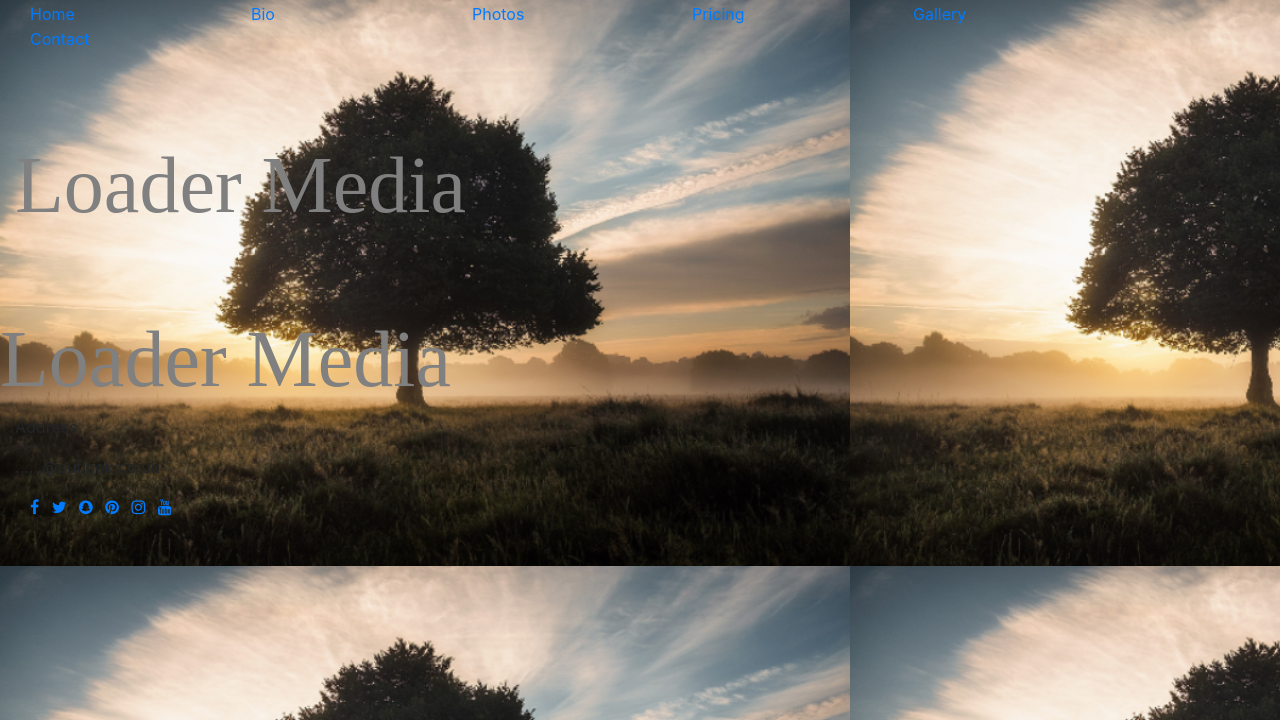
Repository: elizabeth24602/LoaderMedia
Page: index.html
The author's editor kept a record of every edit. The page is drawn from the files as they stood at one moment, then again after the next edit.
The browser window is 1280 px wide. The pictures show the whole page.
Some web fonts or font styles are not loaded; a fallback is used.

Above is the page before.
Console error: TypeError: Cannot read properties of null (reading 'textContent')
Not found: Assests/images/

### index.html
<!DOCTYPE html>
<html lang="en">
<head>
    <meta charset="UTF-8">
    <meta name="viewport" content="width=device-width, initial-scale=1.0">
    <meta http-equiv="X-UA-Compatible" content="ie=edge">

    <link rel="stylesheet" href="static/css/bootstrap.min.css" type="text/css" />
    <link rel="stylesheet" href="static/css/dc.min.css" type="text/css" />



    <link rel="stylesheet" href="https://stackpath.bootstrapcdn.com/bootstrap/4.3.1/css/bootstrap.min.css" type="text/css" />
    <link rel="stylesheet" href="https://stackpath.bootstrapcdn.com/font-awesome/4.7.0/css/font-awesome.min.css" type="text/css" />
    <link href="https://fonts.googleapis.com/css?family=Lacquer&display=swap" rel="stylesheet">
    <link href="https://fonts.googleapis.com/css?family=Beth+Ellen&display=swap" rel="stylesheet">
    <link rel="stylesheet" href="https://cdnjs.cloudflare.com/ajax/libs/hover.css/2.3.1/css/hover-min.css" type="text/css" />
    <link rel="stylesheet" href="Assests/images/" type="text/css" />
    <link rel="stylesheet" href="Assests/css/style.css" type="text/css" />

    <title>Loader Media</title>

     <script type="text/javascript" src="static/js/d3.min.js"></script>
    <script type="text/javascript" src="static/js/crossfilter.min.js"></script>
    <script type="text/javascript" src="static/js/dc.min.js"></script>
    <script type="text/javascript" src="static/js/queue.min.js"></script>
    <script type="text/javascript" src="static/js/graph.js"></script>

</head>
<body class="index">
     <header class="container-fluid">
         <div class="row no-gutters">
            <div class="col">
                <ul id="nav" class="list-inline menucontainer">
                    <li class="col-4 col-sm-2 ui-menu-color-home list-inline-item menuitem">
                        <a href="index.html" class="hvr-underline-from-center"><span>Home</span></a>
                    </li>
                    <li class="col-4 col-sm-2 ui-menu-color-bio list-inline-item menuitem">
                        <a href="bio.html" class="hvr-underline-from-center"><span>Bio</span></a>
                    </li>
                     <li class="col-4 col-sm-2 ui-menu-color-photos list-inline-item menuitem">
                        <a href="photos.html" class="hvr-underline-from-center"><span>Photos</span></a>
                    </li>
                    <li class="col-4 col-sm-2 ui-menu-color-pricing list-inline-item menuitem">
                        <a href="pricing.html" class="hvr-underline-from-center"><span>Pricing</span></a>
                    </li>
                    <li class="col-4 col-sm-2 ui-menu-color-gallery list-inline-item menuitem">
                        <a href="gallery.html" class="hvr-underline-from-center"><span>Gallery</span></a>
                    </li>
                    <li class="col-4 col-sm-2 ui-menu-color-contact list-inline-item menuitem">
                        <a href="contact.html" class="hvr-underline-from-center"><span>Contact</span></a>
                    </li>
                </ul>
            </div>
        </div>

        <div class="row no-gutters">
                <h1 class="name">Loader Media</h1>
            </div>
    </header>

    <section>
        <div class="row no-gutters">
                <h1 class="name">Loader Media</h1>
            </div>
    </section>

    <footer class="container-fluid">
    <div id="footer-details" class="row">
        <div class="col-sm-12">
            <p class="address">Address</p>
        </div>
    </div>
        <div class="row">
            <div class="col-sm-12">
                <p class="email">......@outlook.co.uk</p>
            </div>
        </div>
        <div class="row">
            <div class="col-sm-12">
                        <ul class="list-inline social-links2 container-fluid">
                    <li class="list-inline-item">
                        <a target="_blank" href="#">
                            <i class="fa fa-facebook" aria-hidden="true"></i>
                            <span class="sr-only">Facebook</span>
                        </a>
                    </li>
                    <li class="list-inline-item">
                        <a target="_blank" href="#">
                            <i class="fa fa-twitter" aria-hidden="true"></i>
                            <span class="sr-only">Twitter</span>
                        </a>
                    </li>
                    <li class="list-inline-item">
                        <a target="_blank" href="#">
                            <i class="fa fa-snapchat" aria-hidden="true"></i>
                            <span class="sr-only">Snapchat</span>
                        </a>
                    </li>
                    <li class="list-inline-item">
                        <a target="_blank" href="#">
                            <i class="fa fa-pinterest" aria-hidden="true"></i>
                            <span class="sr-only">Pinterest</span>
                        </a>
                    </li>
                    <li class="list-inline-item">
                        <a target="_blank" href="#">
                            <i class="fa fa-instagram" aria-hidden="true"></i>
                            <span class="sr-only">Instagram</span>
                        </a>
                    </li>
                    <li class="list-inline-item">
                        <a target="_blank" href="#">
                            <i class="fa fa-youtube" aria-hidden="true"></i>
                            <span class="sr-only">YouTube</span>
                        </a>
                    </li>
                </ul>
            </div>
        </div>
    </footer>

</body>
</html>

### Assests/css/style.css
@import url('https://fonts.googleapis.com/css?family=Lacquer:100,200,300,400,500,600,700|Beth+Ellen:100,200,300,400,500,600,700|Pacifico:100,200,300,400,500,600,700');

/*-------------------------------Website Name */

.name {
    font-family: "Beth+Ellen";
     font-weight: 100;
    font-size: 80px;
    margin-top: 70px;
    text-align: center;
    color: #808080;
}

.name3 {
    font-family: "Beth+Ellen";
     font-weight: 60;
    font-size: 50px;
    margin-top: 70px;
    text-align: center;
    color: #595959;
}

/*-------------------------------Background */

body {
  background-image: url("landscape.jpg");
  background-image: url("lan
  height: 500px;
  background-position: center;
  background-repeat: no-repeat;
  background-size: cover;dscape.jpg");
  background-color: #fff5ee;
  height: 500px;
  background-position: center;
  background-repeat: no-repeat;
  background-size: cover;
}

/*-------------------------------Social */

.social-links {
    padding-top: 15px;
    padding-bottom: 15px;
}

.social-links li a i {
    width: 30px;
    height: 30px;
    padding: 12px 0;
    border-radius: 20%;
    font-size: 25px;
    line-height: 7px;
    text-align: center;
    color: #8ca3a3;
    background: #fff5ee;
    transition: all 0.35s ease-in-out;
    -moz-transition: all 0.35s ease-in-out;
    -webkit-transition: all 0.35s ease-in-out;
    -o-transition: all 0.35s ease-in-out;
}

/*-------------------------------menu */


.list-inline-item:not(:last-child) {
    margin: 0;
}

.menucontainer {
    font-size: 0;
    margin: auto;
    width: 60%;
    padding: 10px;
}

#nav li {
    font-size: 20px;
    font-family: 'Beth+Ellen';
    padding: 0;
}

.menuitem {
    text-align: center;
    padding: 0;
}

.body {
    text-align: center;
}

.menuitem a {
    width: 100%;
    text-decoration: none;
    color: #808080;
}

.hvr-underline-from-center:before {
    background-color: #ffffff;
    color: #d3d3d3;
}


.a:hover {
    text-decoration: none;
}

/*-------------------------------Footer */


footer {
    background-color: #666633;
    color: #ffffff;
    min-height: 120px;
    margin: 0;
}

.address {
    color: #ffffff;
    text-align: center;
    font-family: "Beth+Ellen";
    padding-top: 20px;
    font-size: 20px;
}
.email {
    color: #ffffff;
    text-align: center;
    font-family: "Beth+Ellen";
    padding: 10px;
    font-size: 20px;
}

.social-links2 {
    padding-top: 15px;
    padding-bottom: 15px;
    text-align: center;
}

.social-links2 li a i {
    width: 30px;
    height: 30px;
    padding: 12px 0;
    border-radius: 20%;
    font-size: 25px;
    line-height: 7px;
    text-align: center;
    color: #ffffff;
    transition: all 0.35s ease-in-out;
    -moz-transition: all 0.35s ease-in-out;
    -webkit-transition: all 0.35s ease-in-out;
    -o-transition: all 0.35s ease-in-out;
}

/*-------------------------------Home */

body {
  background-image: url("../images/horses.jpg");
  background-color: #fff5ee;
  height: 500px;
  background-position: center;
  background-repeat: no-repeat;
  background-size: cover;
}
/*-------------------------------Photos */
.purchased {
    font-family: 'pacifico';
    font-weight: 100;
    font-size: 30px;
    margin-top: 50px;
    text-align: center;
    color: #808080;
}

.gender {
    color: #808080;
    font-family: "Beth+Ellen";
}

.dc-chart rect.bar {
fill: #666633;
}

.gender-balance {
    color: #808080;
}

.info {
    font-family: "pacifico";
    color: #808080;
    text-align: center;
}

.info2 {
    font-family: "pacifico";
    color: #808080;
    text-align: center;
}

.info3 {
    font-family: "pacifico";
    color: #808080;
    text-align: center;
}

.shade {
    color: #ffffff;
    font-family: "Beth+Ellen";
}

/*-------------------------------Gallery */

.row {
  display: flex;
  flex-wrap: wrap;
  padding: 0 4px;
}

/* Create two equal columns that sits next to each other */
.column {
  flex: 50%;
  padding: 0 4px;
}

.column img {
  margin-top: 8px;
  vertical-align: middle;
}

/*-------------------------------contact */

.contact-heading {
    font-family: "Beth+Ellen";
    text-align: center;
    font-weight: 100;
    margin-top: 25px;
    margin-bottom: 20px;
    color: #808080;
}

.text-center {
    font-family: "pacifico";
    text-align: center;
    font-weight: 100;
    margin-top: 25px;
    margin-bottom: 20px;
    color: #808080;
}


.center-form {
    padding-top: 10px;
    margin: 0 auto;
    max-width: 70%;
    font-family: "Beth+Ellen";
}

button[type="submit"] {
    margin-top: 15px;
    margin-bottom: 20px;
    background-color: #666633;
    color: #fafafa;
    font-family: "Beth+Ellen";
}

.chat {
   font-family: "Beth+Ellen";
    font-weight: 100;
    margin-top: 180px;
    margin-bottom: 20px;
    text-align: center;
    color: #595959;
}

.number {
     font-family: "pacifico";
    font-weight: 100;
    margin-top: 125px;
    margin-bottom: 20px;
    text-align: center;
    color: #808080;
}

.laptop {
    display: block;
  margin-left: auto;
  margin-right: auto;
  margin-top: 20px;
  width: 90%;
}

.phone {
  display: block;
  margin-left: auto;
  margin-right: auto;
  margin-top: 20px;
  margin-bottom: 20px;
  width: 90%;
}

### static/js/graph.js
queue()
    .defer(d3.csv, "data/Salaries.csv")
    .await(makeGraphs);

function makeGraphs(error, salaryData) {
    var ndx = crossfilter(salaryData);

    salaryData.forEach(function(d){
        d.salary = parseInt(d.salary);
    })

    show_discipline_selector(ndx);
    show_gender_balance(ndx);
    show_average_salary(ndx);
    show_rank_distribution(ndx);

    dc.renderAll();
}

function show_discipline_selector(ndx) {
    var dim = ndx.dimension(dc.pluck('discipline'));
    var group = dim.group();

    dc.selectMenu("#discipline-selector")
        .dimension(dim)
        .group(group);
}


function show_gender_balance(ndx) {
    var dim = ndx.dimension(dc.pluck('sex'));
    var group = dim.group();

    dc.barChart("#gender-balance")
        .width(400)
        .height(300)
        .margins({top: 10, right: 50, bottom: 30, left: 50})
        .dimension(dim)
        .group(group)
        .transitionDuration(500)
        .x(d3.scale.ordinal())
        .xUnits(dc.units.ordinal)
        .xAxisLabel("Gender")
        .yAxis().ticks(20);
}


function show_average_salary(ndx) {
    var dim = ndx.dimension(dc.pluck('sex'));

    function add_item(p, v) {
        p.count++;
        p.total += v.salary;
        p.average = p.total / p.count;
        return p;
    }

    function remove_item(p, v) {
        p.count--;
        if(p.count == 0) {
            p.total = 0;
            p.average = 0;
        } else {
            p.total -= v.salary;
            p.average = p.total / p.count;
        }
        return p;
    }

    function initialise() {
        return {count: 0, total: 0, average: 0};
    }

    var averageSalaryByGender = dim.group().reduce(add_item, remove_item, initialise);

    dc.barChart("#average-salary")
        .width(400)
        .height(300)
        .margins({top: 10, right: 50, bottom: 30, left: 50})
        .dimension(dim)
        .group(averageSalaryByGender)
        .valueAccessor(function(d){
            return d.value.average.toFixed(2);
        })
        .transitionDuration(500)
        .x(d3.scale.ordinal())
        .xUnits(dc.units.ordinal)
        .elasticY(true)
        .xAxisLabel("Shade")
        .yAxis().ticks(10);
}


function show_rank_distribution(ndx) {

    function rankByGender(dimension, rank) {
        return dimension.group().reduce(
            function (p, v) {
                p.total++;
                if(v.rank == rank) {
                    p.match++;
                }
                return p;
            },
            function (p, v) {
                p.total--;
                if(v.rank == rank) {
                    p.match--;
                }
                return p;
            },
            function () {
                return {total: 0, match: 0};
            }
        );
    }

    var dim = ndx.dimension(dc.pluck("sex"));
    var profByGender = rankByGender(dim, "Motor Vehicles");
    var asstProfByGender = rankByGender(dim, "Animals");
    var assocProfByGender = rankByGender(dim, "Landscapes");

    dc.barChart("#rank-distribution")
        .width(400)
        .height(300)
        .dimension(dim)
        .group(profByGender, "Motors")
        .stack(asstProfByGender, "Animals")
        .stack(assocProfByGender, "Landscapes")
        .valueAccessor(function(d) {
            if(d.value.total > 0) {
                return (d.value.match / d.value.total) * 100;
            } else {
                return 0;
            }
        })
        .x(d3.scale.ordinal())
        .xUnits(dc.units.ordinal)
        .legend(dc.legend().x(320).y(20).itemHeight(15).gap(5))
        .margins({top: 10, right: 100, bottom: 30, left: 30});
}

Loaded but not shown: static/css/bootstrap.min.css (library); static/css/dc.min.css (library); static/js/d3.min.js (library); static/js/crossfilter.min.js (library); static/js/dc.min.js (library); static/js/queue.min.js (common file)

After the next edit:
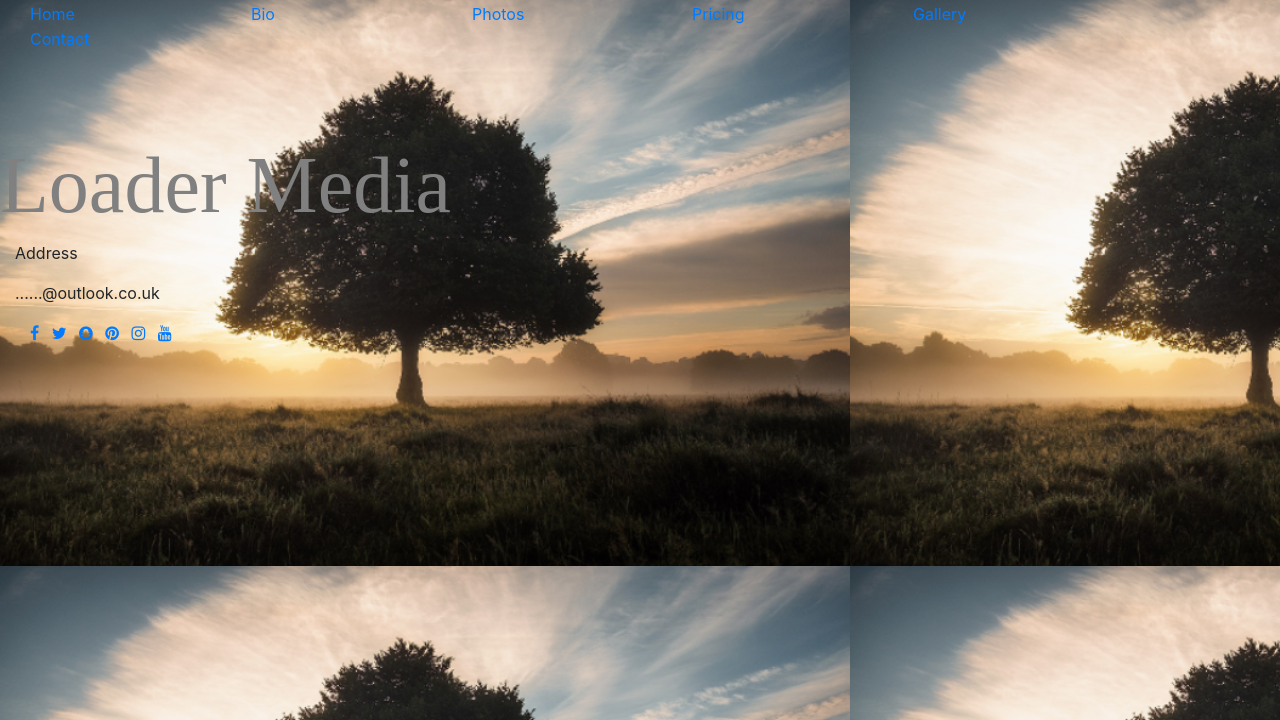
The edit:
--- a/index.html
+++ b/index.html
@@ -54,9 +54,6 @@
             </div>
         </div>
 
-        <div class="row no-gutters">
-                <h1 class="name">Loader Media</h1>
-            </div>
     </header>
 
     <section>
